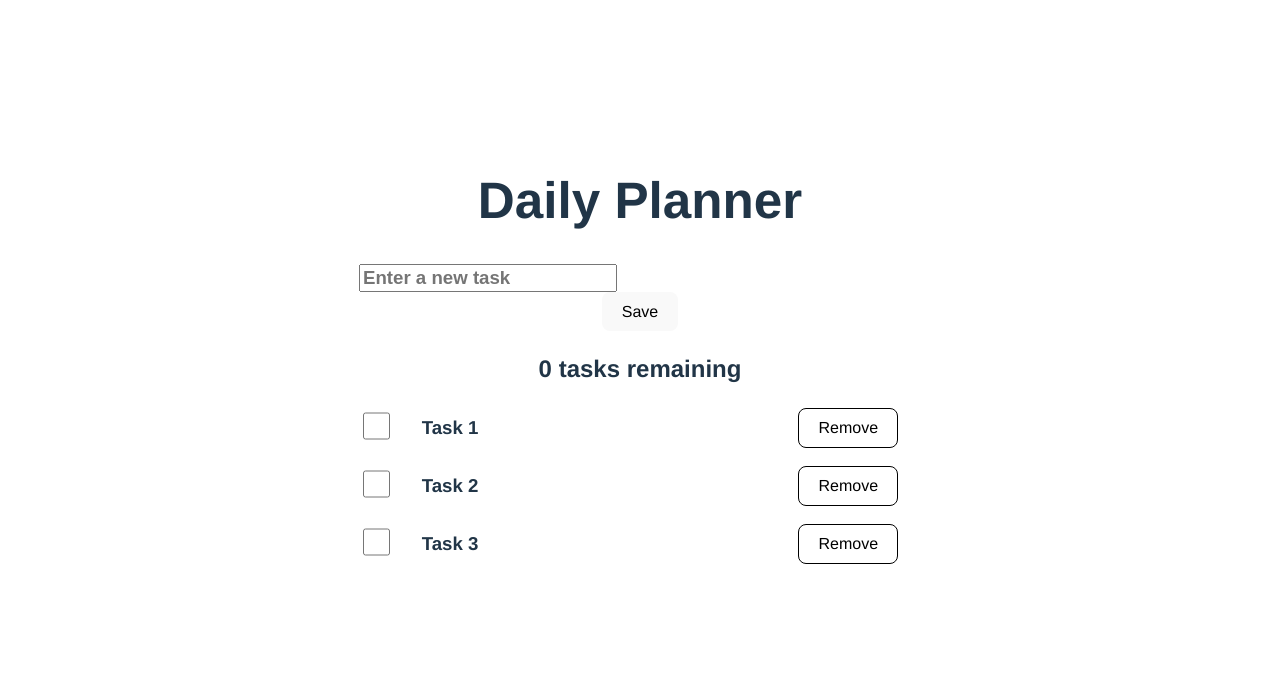
Repository: MonicaNguyenH/Frontend_Assignment6
Page: / (app in react/)
These files come from the project's save history. The page is drawn as it stood at one moment and after the next save; the edit follows.
The browser window is 1280 px wide. The pictures show the whole page.
The project was rebuilt for these pictures with package versions that can differ from the ones it lists, and the page was loaded fresh each time. Also part of the build but not shown: react/vite.config.js.

Above is the page before, as saved 2024-10-11 00:18:37.

After the next save:
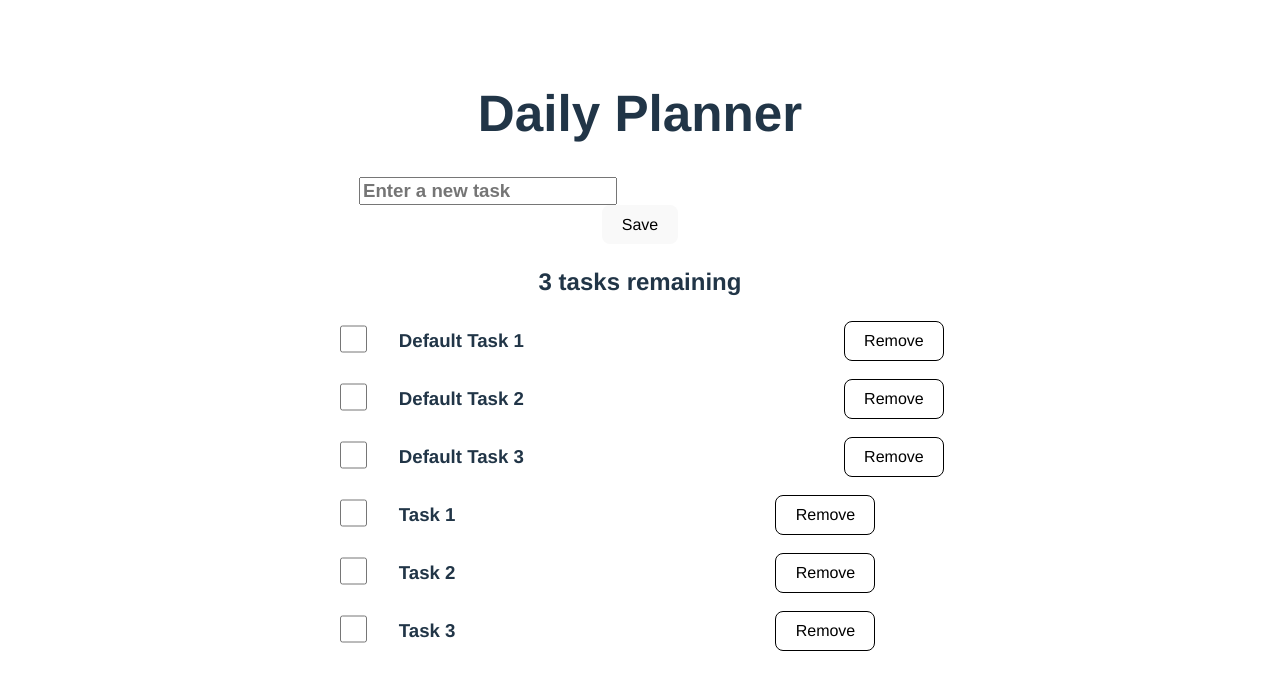
Saved 2 min 53 s later.
--- a/react/src/App.jsx
+++ b/react/src/App.jsx
@@ -5,21 +5,25 @@ import Task from './components/Task'
 import TaskForm from './components/TaskForm';
 
 function App() {
-    const [task, setTask] = useState([]);
+  const [task, setTask] = useState([
+    { id: 1, name: "Default Task 1", completed: false },
+    { id: 2, name: "Default Task 2", completed: false },
+    { id: 3, name: "Default Task 3", completed: false }
+  ]);
 
-    const addTask = (newTask) => {
-      setTask([...task, {...newTask, completed: false}]); // add task incompleted by default
-    };
+  const addTask = (newTask) => {
+    setTask([...task, {...newTask, completed: false}]); // add task incompleted by default
+  };
 
-    const toggleComplete = (taskId) => {
-      const updatedTasks = task.map(task =>
-        task.id === taskId ? { ...task, completed: !task.completed } : task // toggle task completed status
-      );
-      setTask(updatedTasks); // update the state with the new task list
-    };
+  const toggleComplete = (taskId) => {
+    const updatedTasks = task.map(task =>
+      task.id === taskId ? { ...task, completed: !task.completed } : task // toggle task completed status
+    );
+    setTask(updatedTasks); // update the state with the new task list
+  };
 
-    // count remaining task
-    const remainingTask = task.filter(task => !task.completed).length;
+  // count remaining task
+  const remainingTask = task.filter(task => !task.completed).length;
 
   return (
     <>
